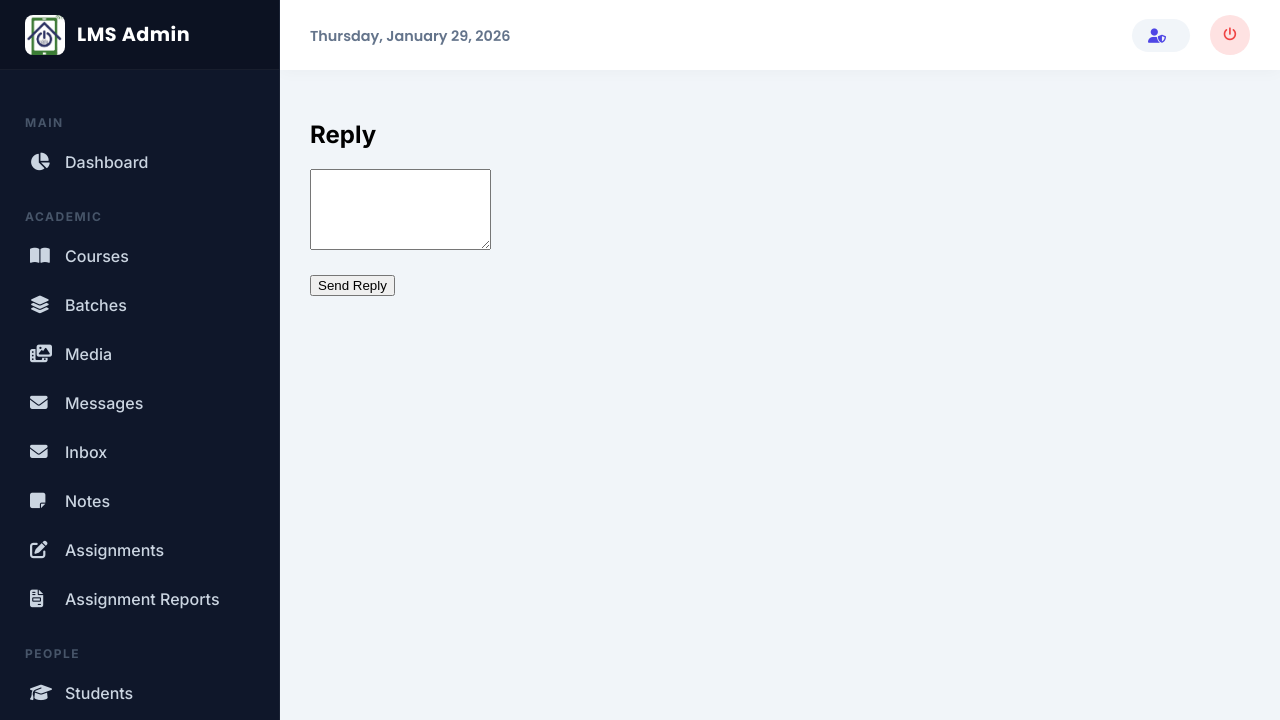
Repository: Mahendher979Python/lms-project
Page: lmsbuild/templates/message/admin/reply.html
These files come from the project's save history. The page is drawn as it stood at one moment and after the next save; the edit follows.
The browser window is 1280 px wide. The pictures show the whole page.
The template is drawn by Django 5.2. The application's start-up code is not run. The template is opened directly, without the code that normally fills it, so the values that code supplies are empty.

Above is the page before, as saved 2026-01-31 12:34:25.

After the next save:
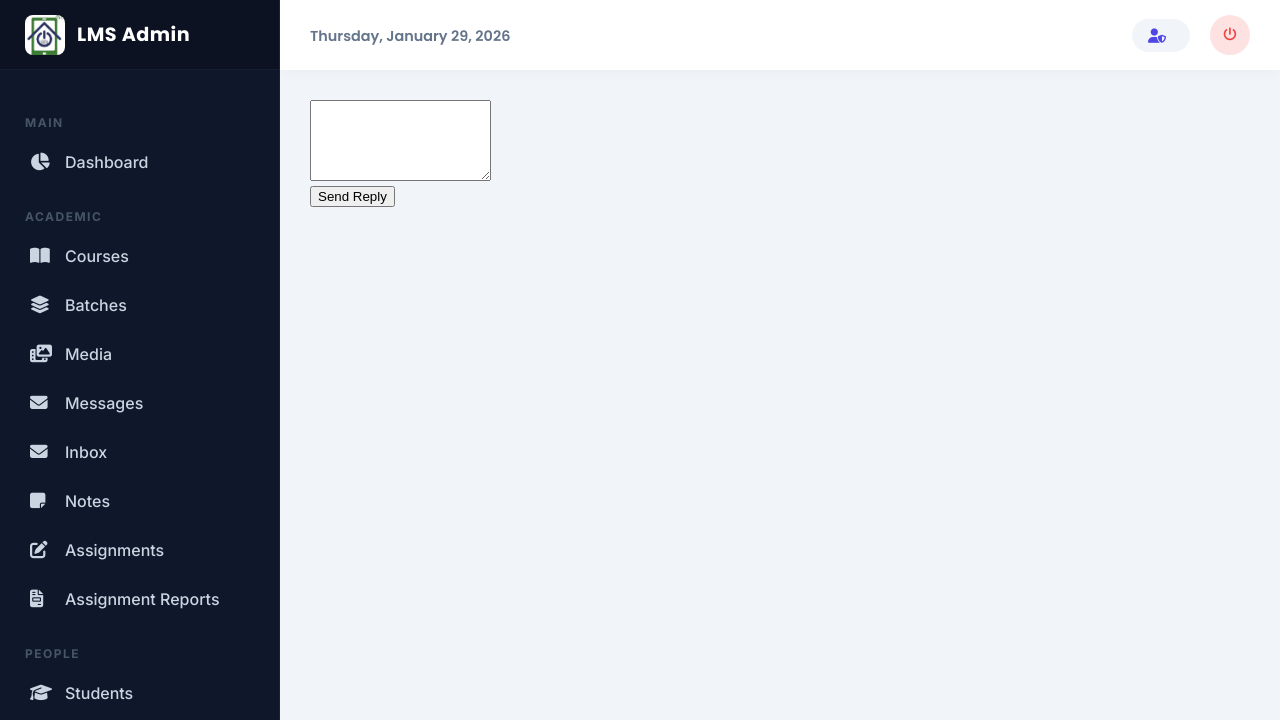
Saved 13 s later.
--- a/lmsbuild/templates/message/admin/reply.html
+++ b/lmsbuild/templates/message/admin/reply.html
@@ -1,13 +1,10 @@
 {% extends "accounts/admin/base.html" %}
 {% block content %}
 
-<h2>Reply</h2>
-
 <form method="post">
 {% csrf_token %}
-<textarea name="body" rows="5" required></textarea>
-<br><br>
-<button type="submit">Send Reply</button>
+<textarea name="body" rows="5"></textarea><br>
+<button>Send Reply</button>
 </form>
 
 {% endblock %}
